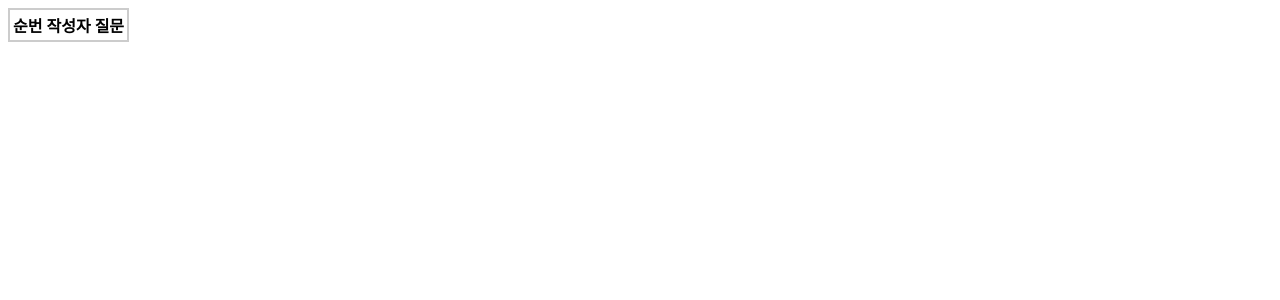
Repository: smandkd/Multicampus_Frontend
Page: http://localhost/Mulcam_Project/jsp/basic.jsp
An editor plug-in stored every save of this project. The page is shown before and after the next save, followed by the edit.
The browser window is 1280 px wide. The pictures show the whole page.
The page is served by Tomcat 9.

Above is the page before, as saved 2022-02-03 00:40:35.

### Mulcam_Project/jsp/basic.jsp
<%@ page contentType="text/html; charset=utf-8"
    pageEncoding="EUC-KR"%>
<!DOCTYPE html>
<html>
<head>
<style type="text/css">
.table {
	border: 2px solid #ccc;
	border-collapse: separate;

}
</style>
</head>
<body>
<div>
	<table class="table">
		<th>순번</th>
		<th>작성자</th>
		<th>질문</th>
	</table>
</div>
</body>
</html>

After the next save:
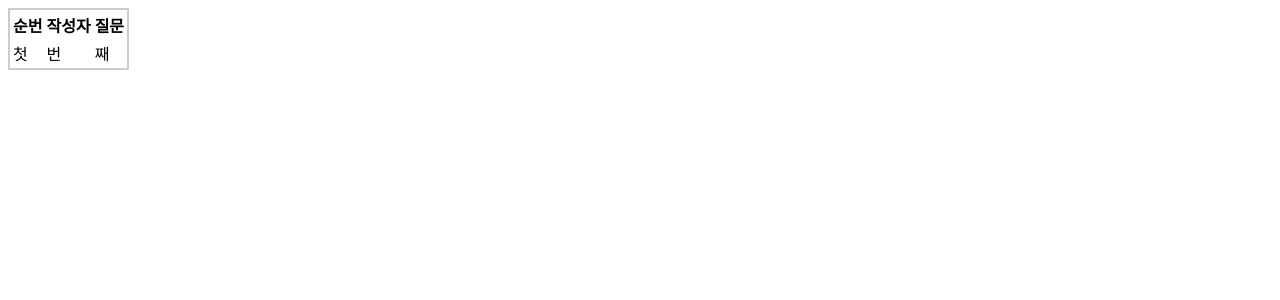
Saved 39 s later.
--- a/Mulcam_Project/jsp/basic.jsp
+++ b/Mulcam_Project/jsp/basic.jsp
@@ -17,6 +17,11 @@
 		<th>순번</th>
 		<th>작성자</th>
 		<th>질문</th>
+		<tr>
+			<td>첫</td>
+			<td>번</td>
+			<td>째</td>
+		</tr>
 	</table>
 </div>
 </body>
